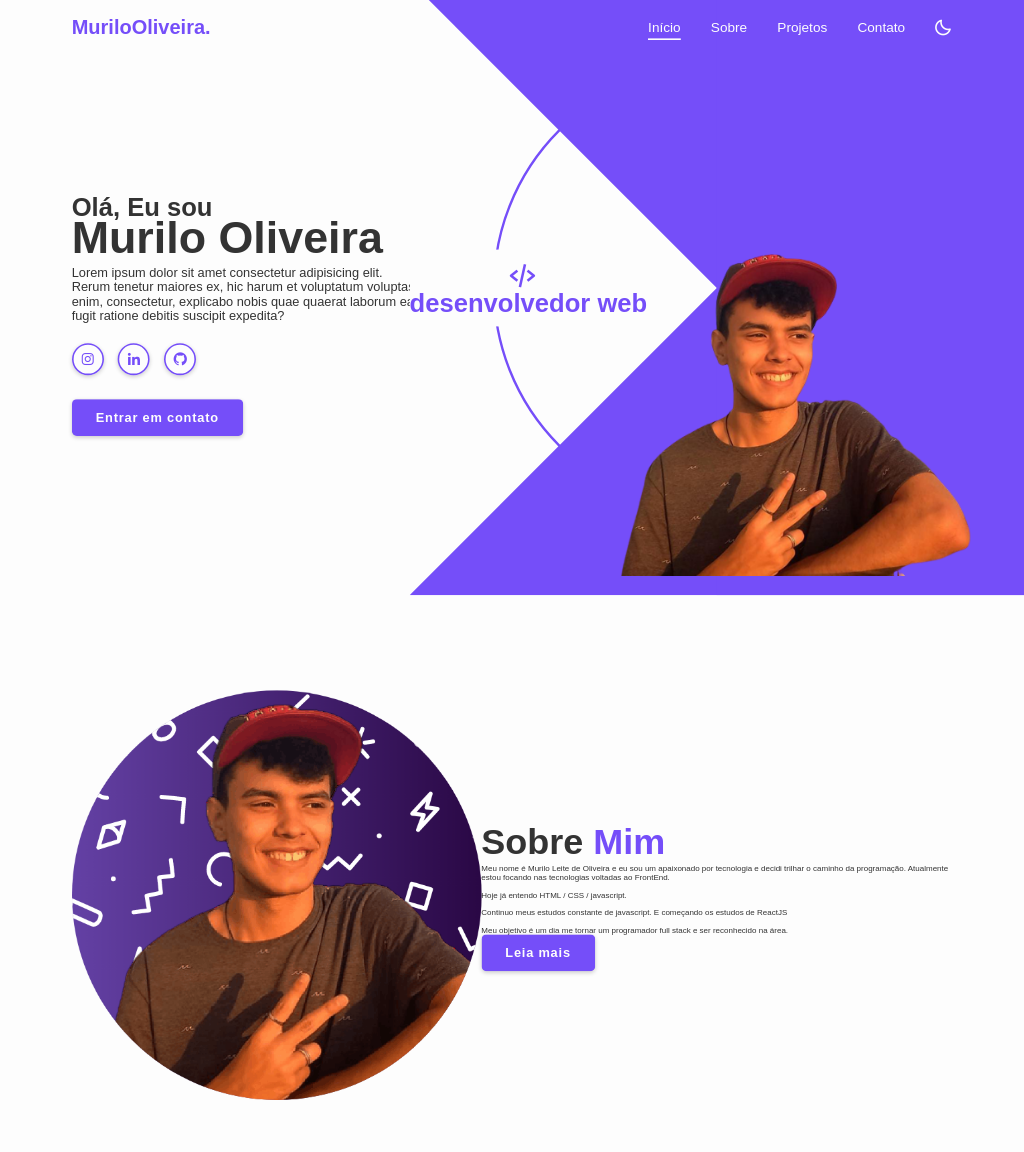
Repository: devMuriloOliveira/Portfolio-
Page: index.html
The author's editor kept a copy of each file at every save. The page is drawn from the files as they stood at one save, then again after the next save.
The browser window is 1280 px wide. The pictures show the whole page, at 80% of full size.

Above is the page before, as saved 2023-03-11 16:09:15.

### index.html
<!DOCTYPE html>
<html lang="en">
  <head>
    <meta charset="UTF-8" />
    <meta http-equiv="X-UA-Compatible" content="IE=edge" />
    <meta name="viewport" content="width=device-width, initial-scale=1.0" />
    <title>Murilo Oliveira</title>

    <!--box icons-->
    <link
      href="https://unpkg.com/boxicons@2.1.4/css/boxicons.min.css"
      rel="stylesheet"
    />

    <!--font-->
    <link
      rel="stylesheet"
      href="https://fonts.googleapis.com/css2?family=Material+Symbols+Outlined:opsz,wght,FILL,GRAD@20..48,100..700,0..1,-50..200"
    />

    <!--css-->
    <link rel="stylesheet" href="style.css" />
  </head>
  <body>
    <header class="header">
      <a class="logo" href="#">Murilo<span>Oliveira</span>.</a>

      <nav class="navbar">
        <a href="#inicio" class="active">Início</a>
        <a href="#sobre">Sobre</a>
        <a href="#projetos">Projetos</a>
        <a href="#contato">Contato</a>
      </nav>

      <div class="bx bx bx-moon" id="darkMode-icon"></div>
    </header>

    <!------------inicio------------>

    <section class="inicio" id="inicio">
      <div class="inicio-content">
        <h3>Olá, Eu sou</h3>
        <h1>Murilo Oliveira</h1>
        <p>
          Lorem ipsum dolor sit amet consectetur adipisicing elit. Rerum tenetur
          maiores ex, hic harum et voluptatum voluptas enim, consectetur,
          explicabo nobis quae quaerat laborum ea fugit ratione debitis suscipit
          expedita?
        </p>

        <div class="social-media">
          <a href="#"><i class="bx bxl-instagram"></i></a>
          <a href="#"><i class="bx bxl-linkedin"></i></a>
          <a href="#"><i class="bx bxl-github"></i></a>
        </div>

        <a href="#" class="btn">Entrar em contato</a>
      </div>

      <div class="profession-container">
        <div class="profession-box">
          <div class="profession" style="--i: 0">
            <i class="bx bx-code-alt"></i>
            <h3>desenvolvedor web</h3>
          </div>
          <div class="profession" style="--i: 1">
            <i class="bx bx-code-alt"></i>
            <h3>desenvolvedor web</h3>
          </div>
          <div class="profession" style="--i: 2">
            <i class="bx bx-code-alt"></i>
            <h3>desenvolvedor web</h3>
          </div>
          <div class="profession" style="--i: 3">
            <i class="bx bx-code-alt"></i>
            <h3>desenvolvedor web</h3>
          </div>
          <div class="circle"></div>
        </div>

        <div class="overlay"></div>
      </div>

      <div class="inicio-img">
        <img src="assets/homem_sorrindo-removebg-preview.png" alt="" />
      </div>
    </section>

    <!------------sobre------------>

    <section class="sobre" id="sobre">
      <div class="sobre-img">
        <img src="/assets/profile-pic (4).png" alt="" />
      </div>

      <div class="sobre-content">
        <h2 class="heading">Sobre <span>Mim</span></h2>

        <p>
          Meu nome é Murilo Leite de Oliveira e eu sou um apaixonado por
          tecnologia e decidi trilhar o caminho da programação. Atualmente estou
          focando nas tecnologias voltadas ao FrontEnd.
        </p>
        <br />
        <p>Hoje já entendo HTML / CSS / javascript.</p>
        <br />
        <p>
          Continuo meus estudos constante de javascript. E começando os estudos
          de ReactJS
        </p>
        <br />
        <p>
          Meu objetivo é um dia me tornar um programador full stack e ser
          reconhecido na área.
        </p>

        <a href="#" class="btn">Leia mais</a>
      </div>
    </section>

    <script src="js/script.js"></script>
  </body>
</html>

### style.css
*{
  margin: 0;
  padding: 0;
  box-sizing: border-box;
  text-decoration: none;
  border: none;
  outline: none;
  scroll-behavior: smooth;
  font-family: 'Poppins', sans-serif;
}

:root{
  --bg-color: #fdfdfd;
  --text-color: #333;
  --main-color: #754ef9;
  --white-color: #fdfdfd;
  --shadow-color: rgba(0, 0, 0, .2);
}

html{
  font-size: 62.5%;
  overflow-x: hidden;
}

body{
  background: var(--bg-color);
  color: var(--text-color);
}

.header{
  position: fixed;
  top: 0;
  left: 0;
  width: 100%;
  padding: 2rem 7%;
  background: transparent;
  display: flex;
  align-items: center;
  z-index: 100;
}

.logo{
  font-size: 2.5rem;
  color: var(--main-color);
  font-weight: 600;
  cursor: default;
  margin-right: auto;
}

.navbar a{
  position: relative;
  font-size: 1.7rem;
  color: var(--white-color);
  font-weight: 500;
  margin-right: 3.5rem;
}

.navbar a.active::before{
  content: '';
  position: absolute;
  left: 0;
  bottom: -6px;
  width: 100%;
  height: .2rem;
  background: var(--white-color);
}

#darkMode-icon{
  font-size: 2.4rem;
  color: var(--white-color);
  cursor: pointer;
}

section{
  min-height: 100vh;
  padding: 10rem 7% 2rem;
}

.inicio{
  display: flex;
  align-items: center;
}

.inicio .inicio-content{
  max-width: 44rem;
}

.inicio-content h3{
  font-size: 3.2rem;
  font-weight: 700;
  line-height: .3;
}

.inicio-content h1{
  font-size: 5.6rem;
  font-weight: 700;
  margin-bottom: .3rem;
}

.inicio-content p{
  font-size: 1.6rem;
}

.inicio-content .social-media a{
  display: inline-flex;
  justify-content: center;
  align-items: center;
  width: 4rem;
  height: 4rem;
  background: transparent;
  border: .2rem solid var(--main-color);
  border-radius: 50%;
  box-shadow: 0 .2rem .5rem var(--shadow-color);
  font-size: 2rem;
  color: var(--main-color);
  margin: 2.5rem 1.5rem 3rem 0;
  transition: .5s ease;
}

.inicio-content .social-media a:hover{
  background: var(--main-color);
  color: var(--white-color);
}

.btn{
  display: inline-block;
  padding: 1.2rem 2.8rem;
  background: var(--main-color);
  border-radius: .6rem;
  box-shadow: 0 .2rem .5rem var(--shadow-color);
  font-size: 1.6rem;
  color: var(--white-color);
  letter-spacing: .1rem;
  font-weight: 600;
  border: .2rem solid transparent;
  transition: .5s ease;
}

.btn:hover{
  background: transparent;
  color: var(--main-color);
  border-color: var(--main-color);
}

.inicio .profession-container{
  position: absolute;
  top: 50%;
  right: 0;
  transform: translateY(-50%);
  width: 768px;
  height: 768px;

  overflow: hidden;
  pointer-events: none;
}

.inicio .profession-container .profession-box{
  position: absolute;
  top: 0;
  right: 0;
  width: 768px;
  height: 768px;
  border-radius: 50%;
  display: flex;
  justify-content: center;
  align-items: center;
}

.inicio .profession-box .profession{
  position: absolute;
  left: 0;
  display: flex;
  align-items: center;
  flex-direction: column;
  color: var(--main-color);
  transform: rotate(calc(360deg / 4 * var(--i)));
  transform-origin: 384px;
  background: var(--bg-color);
  padding: 13px 0;
}

.inicio .profession-box .profession:nth-child(1) i {
  margin-right: 15px;
}

.inicio .profession-box .profession:nth-child(2),
.inicio .profession-box .profession:nth-child(4) {
  padding-bottom: 20px;
}

.inicio .profession i{
  font-size: 3.8rem;
}

.inicio .profession h3{
  font-size: 3.2rem;
  line-height: 1;
  font-weight: 600;
}

.inicio .profession-box .circle{
  width: 560px;
  height: 560px;

  border: 3px solid var(--main-color);
  border-radius: 50%;
}

.inicio .profession-container .overlay{
  position: absolute;
  top: 0;
  right: 0;
  width: 0;
  height: 0;
  border-top: 384px solid var(--main-color);
  border-right: 384px solid var(--main-color);
  border-bottom: 384px solid var(--main-color);
  border-left: 384px solid transparent;

}

.inicio-img img{
  position: absolute;
  bottom: 0;
  right: 0;
  width: 50%;
  pointer-events: none;
}

span{
  color: var(--main-color);
}

.sobre{
  display: flex;
  justify-content: center;
  align-items: center;
}

.sobre-img img{
  width: 40vw;
}

.heading{
  font-size: 4.5rem;
  text-align: center;
}

.sobre-content h2{
  text-align: left;
  line-height: 1.2;
}

Loaded but not shown: js/script.js (no copy from this time; the picture is the same without it)

After the next save:
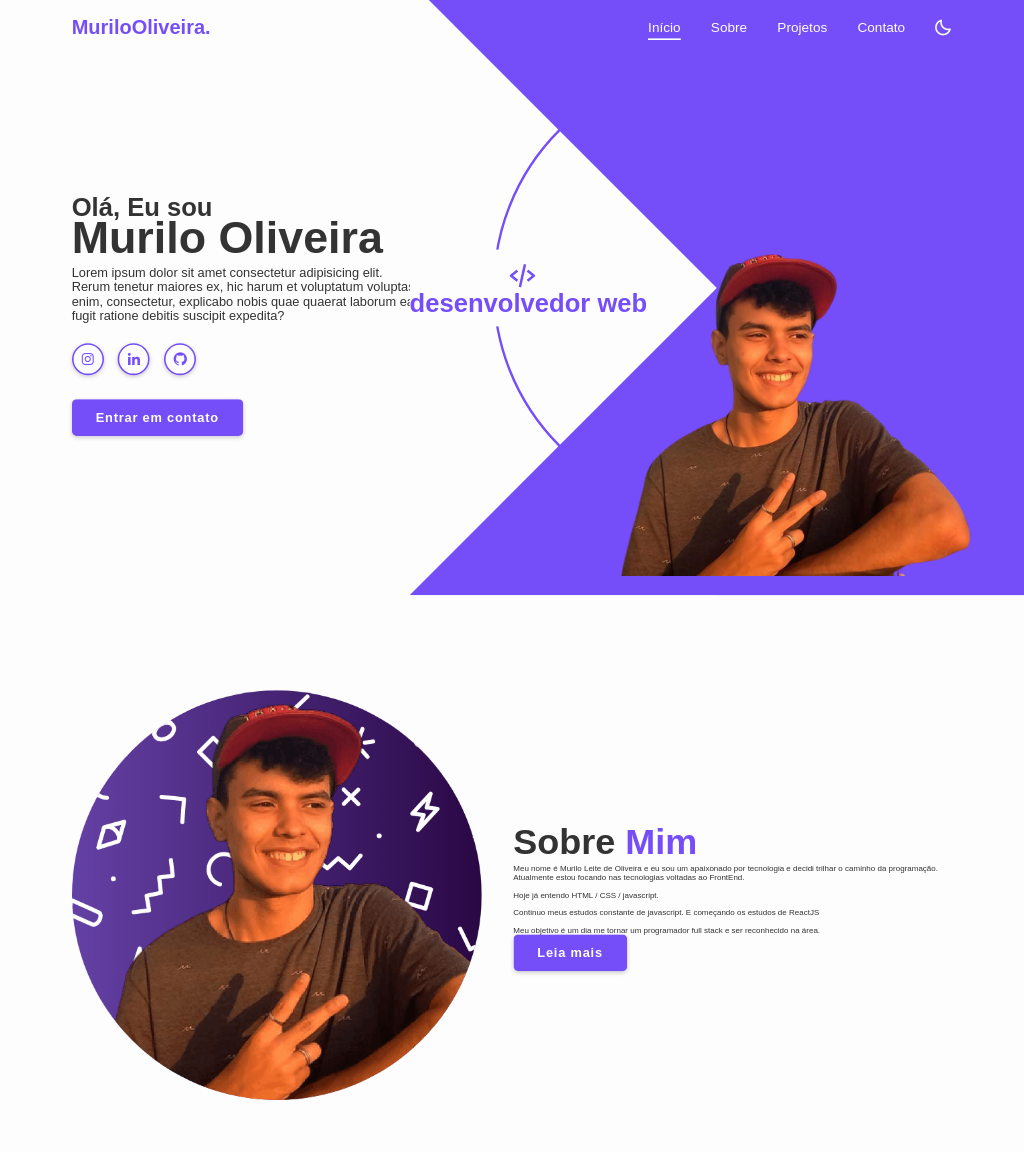
Saved 90 s later.
--- a/style.css
+++ b/style.css
@@ -235,6 +235,7 @@ span{
   display: flex;
   justify-content: center;
   align-items: center;
+  gap: 4rem;
 }
 
 .sobre-img img{
@@ -250,3 +251,7 @@ span{
   text-align: left;
   line-height: 1.2;
 }
+
+.sobre-content p{
+
+}
